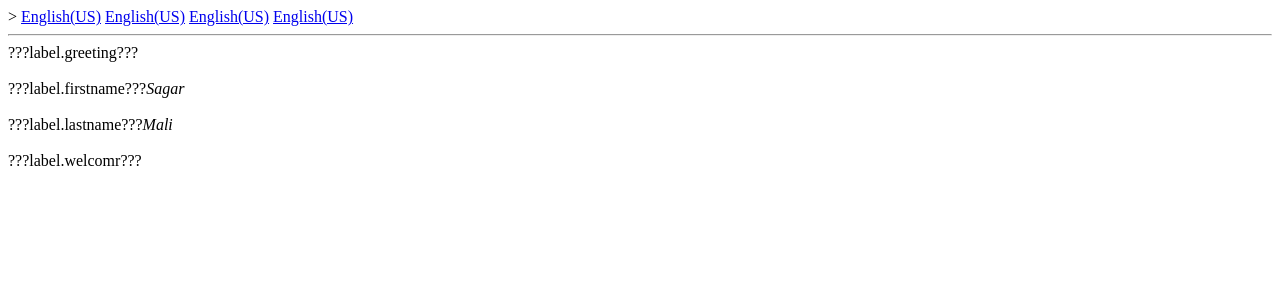
Repository: Mali-Sagar-A/Advance_Web_Java
Page: http://localhost/tagDemo/index.jsp?theLocale=en_US
These files come from the project's save history. The page is drawn as it stood at one moment and after the next save; the edit follows.
The browser window is 1280 px wide. The pictures show the whole page.
The page is served by Tomcat 10.

Above is the page before, as saved 2025-05-19 11:35:32.

After the next save:
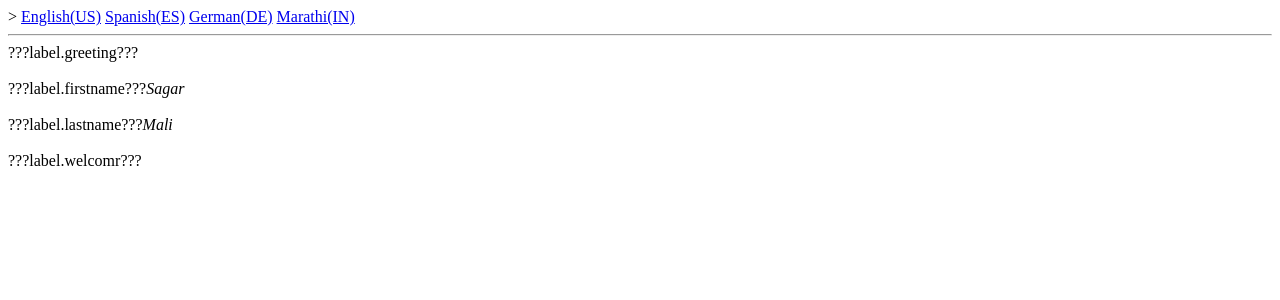
Saved 3 min 36 s later.
--- a/tagDemo/src/main/webapp/index.jsp
+++ b/tagDemo/src/main/webapp/index.jsp
@@ -24,9 +24,9 @@ pageContent.request.local - Read the Locale sent by browser HTTP request
 <body>
 
 <a href="index.jsp?theLocal=en_US">English(US)</a>
-<a href="index.jsp?theLocal=es_ES">English(US)</a>
-<a href="index.jsp?theLocal=de_DE">English(US)</a>
-<a href="index.jsp?theLocal=mr_IN">English(US)</a>
+<a href="index.jsp?theLocal=es_ES">Spanish(ES)</a>
+<a href="index.jsp?theLocal=de_DE">German(DE)</a>
+<a href="index.jsp?theLocal=mr_IN">Marathi(IN)</a>
 
 <hr>
 
